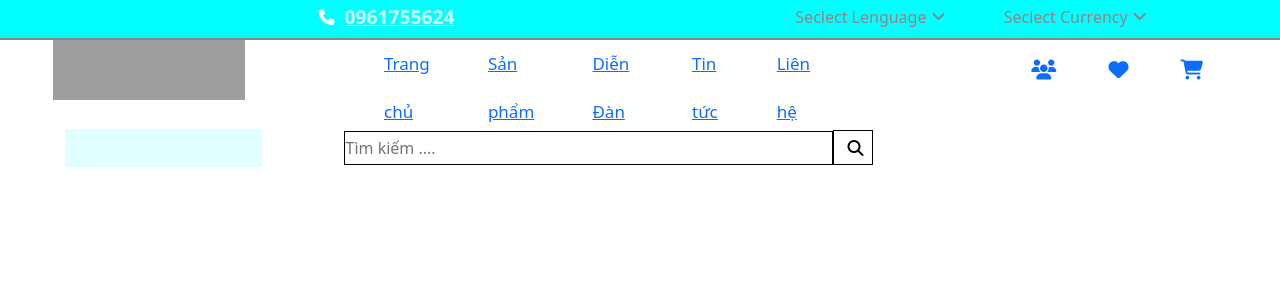
Repository: giacatdat2k5/Baitaplon
Page: da/d.html
An editor plug-in stored every save of this project. The page is shown before and after the next save, followed by the edit.
The browser window is 1280 px wide. The pictures show the whole page.
Pictures or frames that could not be fetched are drawn as grey boxes.

Above is the page before, as saved 2023-11-07 22:26:00.

### da/d.html
<!DOCTYPE html>
<html lang="en">
<head>
    <meta charset="UTF-8">
    <meta name="viewport" content="width=device-width, initial-scale=1.0">
    <title>Document</title>
    <link rel="stylesheet" type="text/css" href="d.css">
    <link rel="stylesheet" href="https://cdnjs.cloudflare.com/ajax/libs/font-awesome/6.4.2/css/all.min.css"/>
    <script src="https://ajax.googleapis.com/ajax/libs/jquery/3.7.1/jquery.min.js"></script>
    <link href="https://cdn.jsdelivr.net/npm/bootstrap@5.3.2/dist/css/bootstrap.min.css" rel="stylesheet" integrity="sha384-T3c6CoIi6uLrA9TneNEoa7RxnatzjcDSCmG1MXxSR1GAsXEV/Dwwykc2MPK8M2HN" crossorigin="anonymous">
</head>
<body>
    <div class="head">
        <div class="left-head">
        <div class="hotline">
            <i class="fa-solid fa-phone"></i>
            <a href="#" class="number">0961755624 </a>
        </div>
        </div>
        <div class="right-head">
        <div class="select">
             Seclect Lenguage
            <i class="fa-solid fa-angle-down"></i>
        </div>
        <div class="select">
             Seclect Currency
            <i class="fa-solid fa-angle-down"></i>
        </div>
        </div>
    </div>
    <div class="nav">
        <a href="#" class="logo"></a>
        <ul class="menu">
            <li><a href="#">Trang chủ</a></li>
            <li class="menu_link">
                <a href="#">Sản phẩm</a>
                <ul class="menu_down">
                    <li ><a href="#"></a>Yonex</li>
                    <li ><a href="#"></a>Lining</li>
                    <li ><a href="#"></a>Victor</li>
                    <li ><a href="#"></a>Kumpoo</li>
                    <li ><a href="#"></a>Fleet</li>
                    <li ><a href="#"></a>Khác</li>
                </ul>
            </li>
            <li><a href="#">Diễn Đàn</a></li>
            <li><a href="#">Tin tức</a></li>
            <li><a href="#">Liên hệ </a></li>
        </ul>
        <ul class="icon">
            <li><a href="#"><i class="fa-solid fa-users"></i></a></li>
            <li><a href="#"><i class="fa-solid fa-heart"></i></a></li>
            <li><a href="#"><i class="fa-solid fa-cart-shopping"></i></a></li>
        </ul>
    </div>
    <div class="nav2">
        <div class="nav2-left">
            <div class="cate"></div>
        </div>
        <div class="nav2-right">
         <div class="search">
            <input class="tk" type="text" placeholder="Tìm kiếm ....">
            <button class="nut"><i class="fa-solid fa-magnifying-glass"></i></button>
         </div>
        </div>
    </div>


</body>
</html>

### da/d.css
*{
    text-decoration: none;
    list-style-type: none;
    margin: 0px;
    padding: 0px;

}
.head{
    background-color: #00FFFF;
    width: 100%;
    height: 40px;
    display: flex;
    border-bottom:2px solid #888888 ;
}
.left-head{
    width:60%;
    height: 90%;
    display: flex;
    justify-content: center;
}
.right-head{
    width:40%;
    height: 90%;
    display: flex;
    justify-content: flex-start;
}
.hotline{
    width: 50%;
    height: 100%;
    display: flex;
    align-items: center;
    justify-content: center;
    color:white;
}
.select{
    width: 40%;
    height: 100%;
    display: flex;
    align-items: center;
    justify-content: center;
    color: #888888;
}
.number{
    text-indent: 10px;
    color: #CCFFFF;
    font-size: larger;
    font-family: 'Segoe UI', Tahoma, Geneva, Verdana, sans-serif;
    text-indent: 10px;
    font-weight: 600;
}
.fa-solid{
    text-indent: 5px;
    transition: transform 0.1s;
    transform: scale(1);
}
.hotline:hover{
    color:pink;
}
.number:hover{
    text-decoration-line: underline;
}
.select:hover{
    color: white;
}
.fa-solid:hover{
    transform: scale(1.2);
}
.nav{

    display:flex;
    height: 60px;
    line-height: 3em;
    justify-content: space-around;
}
.logo{
    width: 15%;
    height: 100%;
    background-image: url('z4858591373712_ee240e15b73cb11de83abbe4c3af0ebb.jpg') ;
    background-size:cover;
}
.menu{
    width: 40%;
    display: flex;
}
.menu li{
    padding-right: 2.5em ;
    font-size: 17px;
    text-decoration: none;
    color:black;
}
.menu li a:hover{
    color: pink;
    transition: color .2s ease-out;
}
.menu_down{
    width: 140px;
    height: 18em;
    margin: 0px auto;
    position: absolute;
    top:100px;
    left: 500px;
    display: none;
}
.menu_down li{
    padding: 0px;
    border:1px solid black;
    text-align: center;
    background-color: #00FFFF;
 }
.menu_down li:hover{
    color:pink;
    transition: color .2s ease-out;
}
.menu .menu_link:hover .menu_down{
     display: block;
}
.icon{
    width: 20%;
    height: 100%;
    display: flex;
    justify-content: space-around;
    align-items: center;
    font-size: 20px;
    color:green;
}
.nav2{
    width: 100%;
    height: 6em;
    display: flex;
    align-items: center;
}
.nav2-left{
    width: 264px;
    height: 40%;
    display: flex;
    justify-content: flex-end;
}
.cate{
    width: 197px;
    height: 100%;
    background-color: lightcyan;
}
.tl{
    text-indent: 10px;
}
.nav2-right{
    width: 80%;
    height: 40%;
    display: flex;
    justify-self: flex-end;
    align-items: center ;
}
.search{
    width: 60%;
    height: 100%;
    display: flex;
    justify-content: flex-end;
    align-items: center;
}
.tk{
    width: 80%;
    height: 90%;
    border: 1px solid black;
}
.nut{
    width: 40px;
    height: 35px;
    display: flex;
    justify-content: center;
    align-items: center;
    border: 1px solid black;
    background-color: white;

}

After the next save:
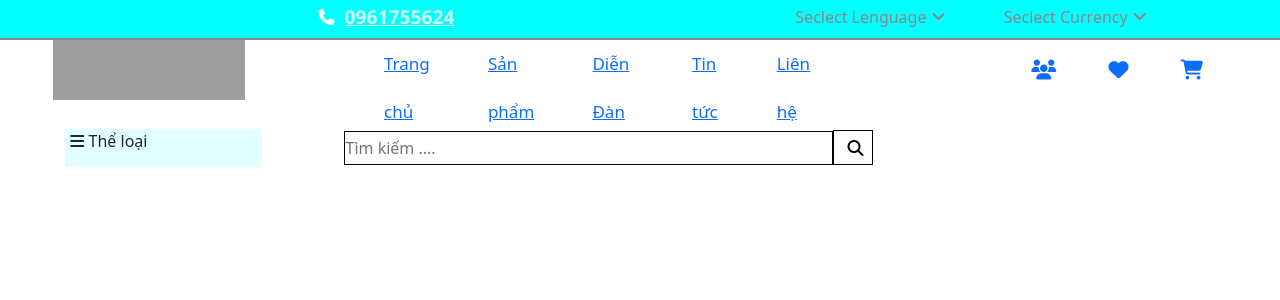
Saved 14 s later.
--- a/da/d.html
+++ b/da/d.html
@@ -55,7 +55,9 @@
     </div>
     <div class="nav2">
         <div class="nav2-left">
-            <div class="cate"></div>
+            <div class="cate"><i class="fa-solid fa-bars"></i> <span class="tl">
+                Thể loại
+            </span> </div>
         </div>
         <div class="nav2-right">
          <div class="search">
